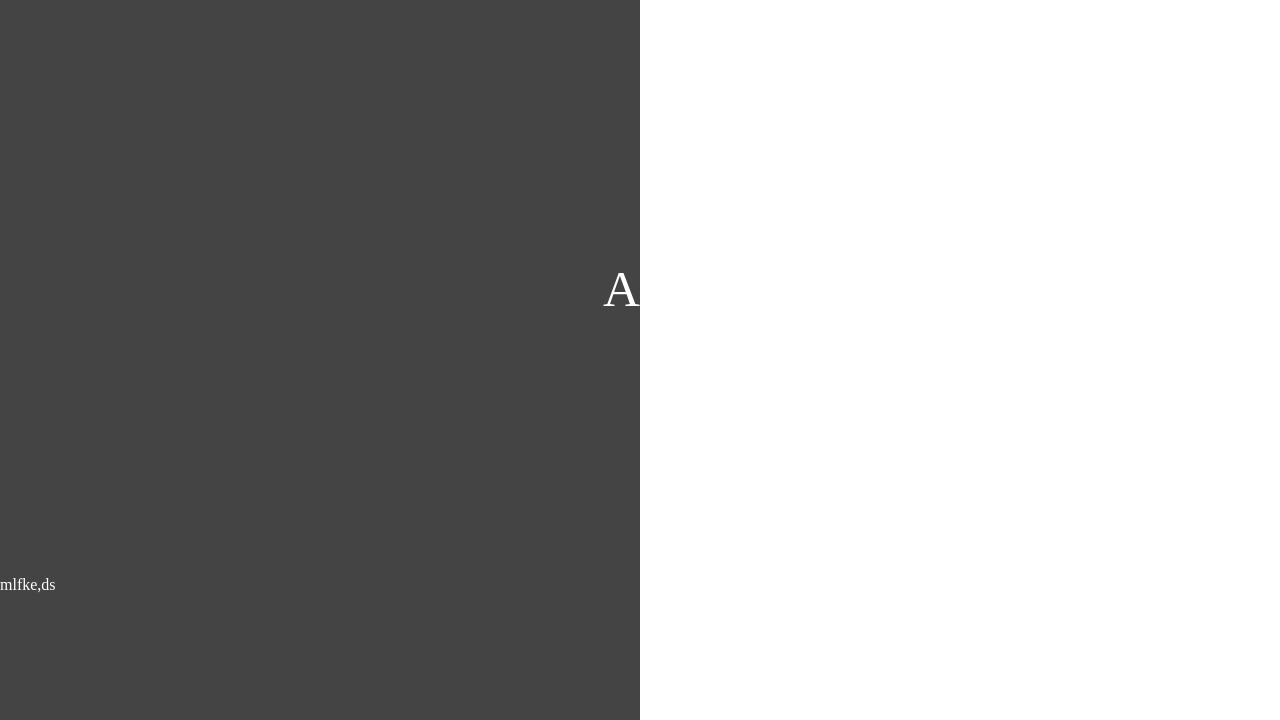
Repository: Norlan-20/Fabien-Neon
Page: index.html
These files come from the project's save history. The page is drawn as it stood at one moment and after a run of saves; the edit follows.
The browser window is 1280 px wide. The pictures show the whole page.

Above is the page before, as saved 2021-06-19 19:05:32.

### index.html
<!DOCTYPE html>
<html lang="en">
<head>
    <meta charset="UTF-8">
    <meta http-equiv="X-UA-Compatible" content="IE=edge">
    <meta name="viewport" content="width=device-width, initial-scale=1.0">
    <link rel="stylesheet" href="./assets/css/style.css">
    <title>Fabien AMOUSSOU</title>
</head>
<body>
    <div id="first">
        <div>
            <span>A</span>
        </div>
        <div>
            mlfke,ds
        </div>
    </div>
    <div id="second">

    </div>
</body>
</html>

### assets/css/style.css
* {
    margin: 0;
    padding: 0;
    box-sizing: border-box;
}

html,body {
    width: 100%;
    height: 100%;
}

/* Body full code */

body {
    display: flex;
    flex-direction: row;
}

body > div {
    width: 50%;
    color: #FFFF;
    display: flex;
    flex-direction: column;
}

/* ====================================================== */
/* ====================================================== */
/* ====================================================== */
/* ====================Body div code===================== */
/* ====================================================== */
/* ====================================================== */
/* ====================================================== */

/* ====================================================== */
/* ====================First div code===================== */
/* ====================================================== */


#first {
    background-color: #444;
}

#first > div:first-child {
    height: 80%;
    display: flex;
    flex-direction: column;
    justify-content: center;
    align-items: flex-end;
}

#first > div:first-child span {
    font-size: 4vw;
}

After the next 2 saves:
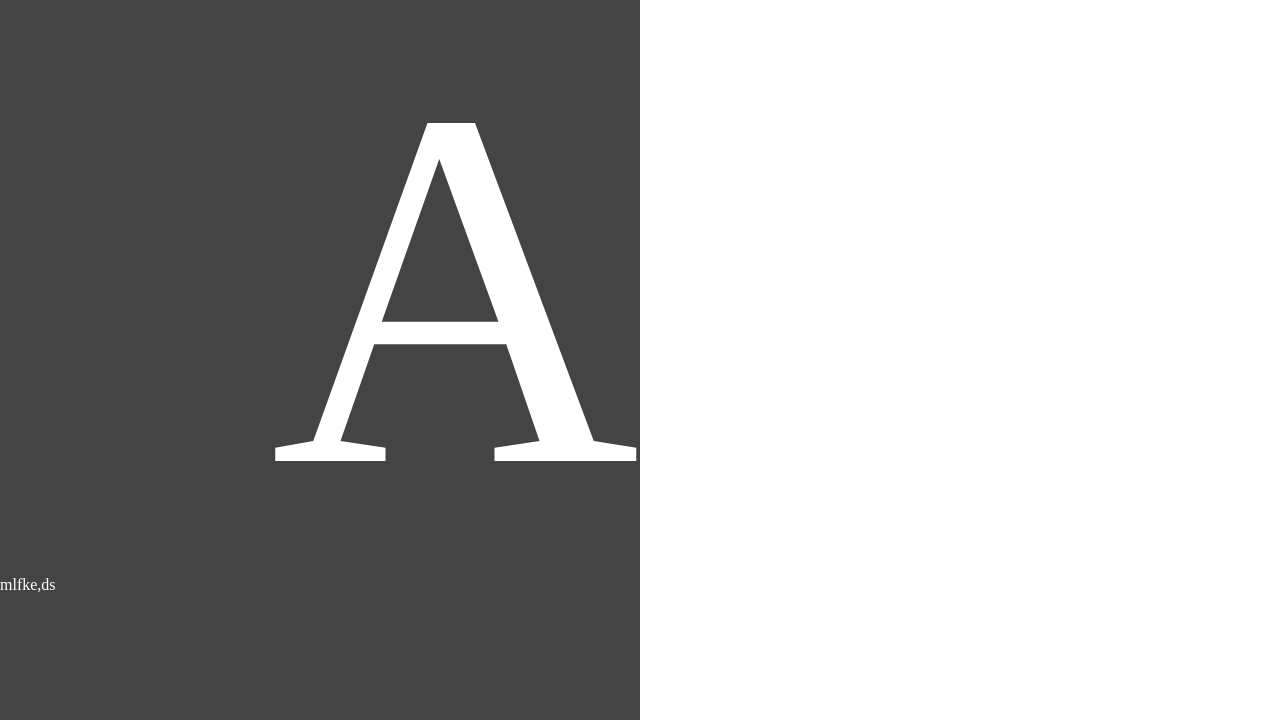
The 2 saves are shown as one change because they came seconds apart.
The last was saved 8 s later.
--- a/assets/css/style.css
+++ b/assets/css/style.css
@@ -49,5 +49,5 @@
 }
 
 #first > div:first-child span {
-    font-size: 4vw;
+    font-size: 40vw;
 }
